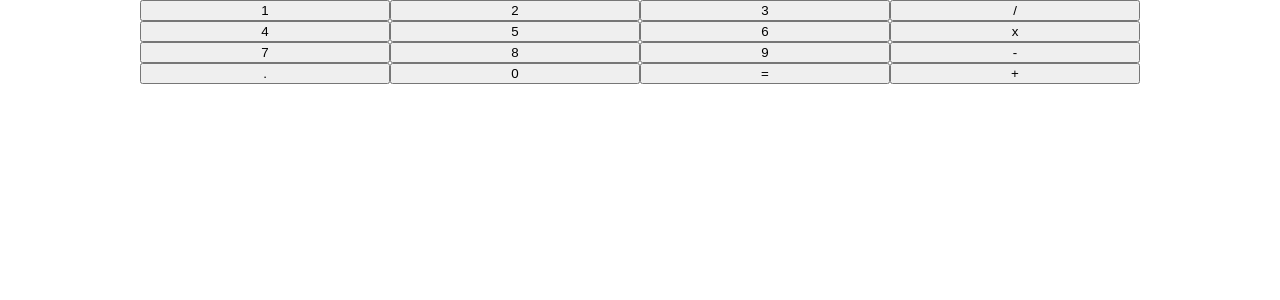
Repository: hoangphuong965/calculator_react
Page: /
The author's editor kept a copy of each file at every save. The page is drawn from the files as they stood at one save, then again after the next save.
The browser window is 1280 px wide. The pictures show the whole page.
The project was rebuilt for these pictures with package versions that can differ from the ones it lists, and the page was loaded fresh each time.

Above is the page before, as saved 2020-08-04 08:07:59.

After the next save:
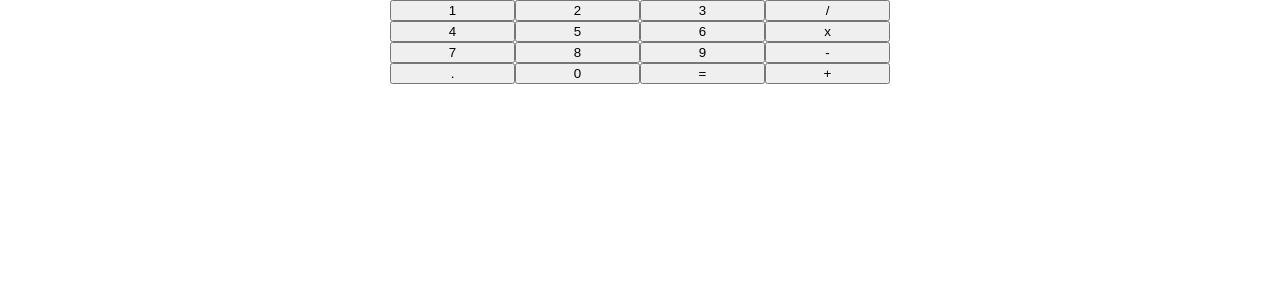
Saved 4 s later.
--- a/src/App.css
+++ b/src/App.css
@@ -1,6 +1,6 @@
 .App {
   text-align: center;
-  width: 1000px;
+  width: 500px;
   margin: auto;
 }
 
